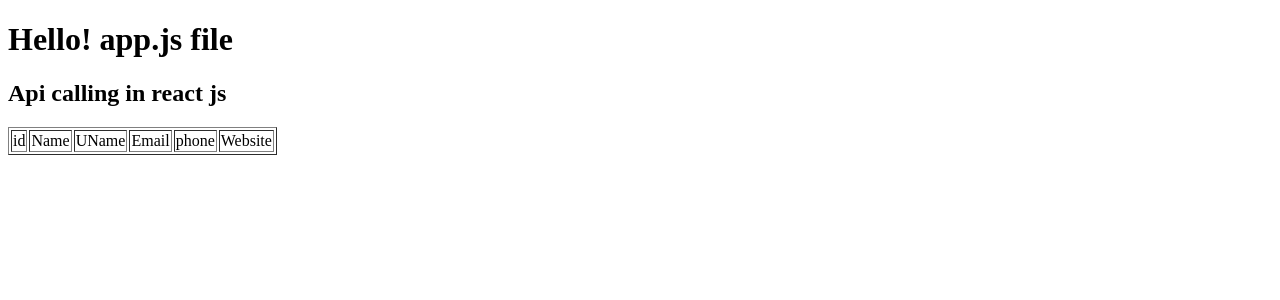
Repository: Gulzarokz/React_Course_Review
Page: / (app in vite-Project/)
The author's editor kept a copy of each file at every save. The page is drawn from the files as they stood at one save, then again after a run of saves.
The browser window is 1280 px wide. The pictures show the whole page.
The page's requests for data from a server got no answer. The project was rebuilt for these pictures with package versions that can differ from the ones it lists, and the page was loaded fresh each time. No one was signed in, and anything a server would have sent is missing. Also part of the build but not shown: vite-Project/vite.config.js, vite-Project/src/PrecChildComp.jsx, vite-Project/src/PrevParentComp.jsx.

Above is the page before, as saved 2026-04-29 14:20:45.

After the next 2 saves:
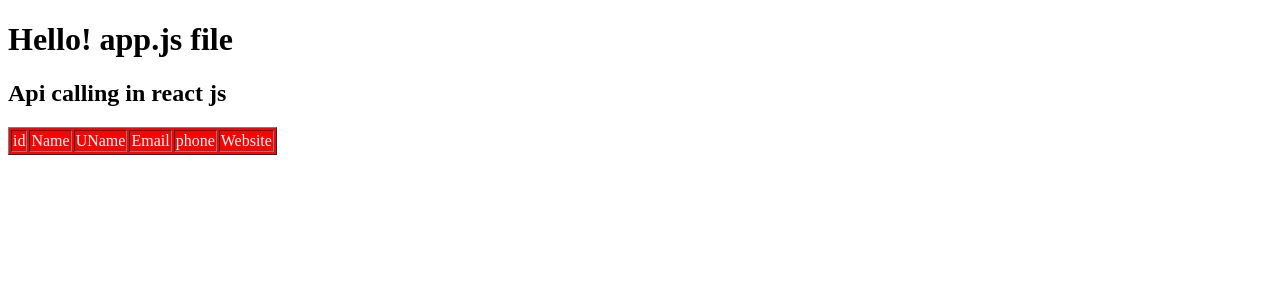
The 2 saves are shown as one change because 1 did not build or start.
The last was saved 4 min 46 s later.
--- a/vite-Project/src/ApiCalling.jsx
+++ b/vite-Project/src/ApiCalling.jsx
@@ -15,7 +15,7 @@ const ApiCalling = () => {
     return (
         <>
             <h2>Api calling in react js</h2>
-            <table border={1}>
+            <table border={1} style={{ background: "red", color: 'white' }}>
                 <thead>
                     <tr>
                         <td>id</td>
